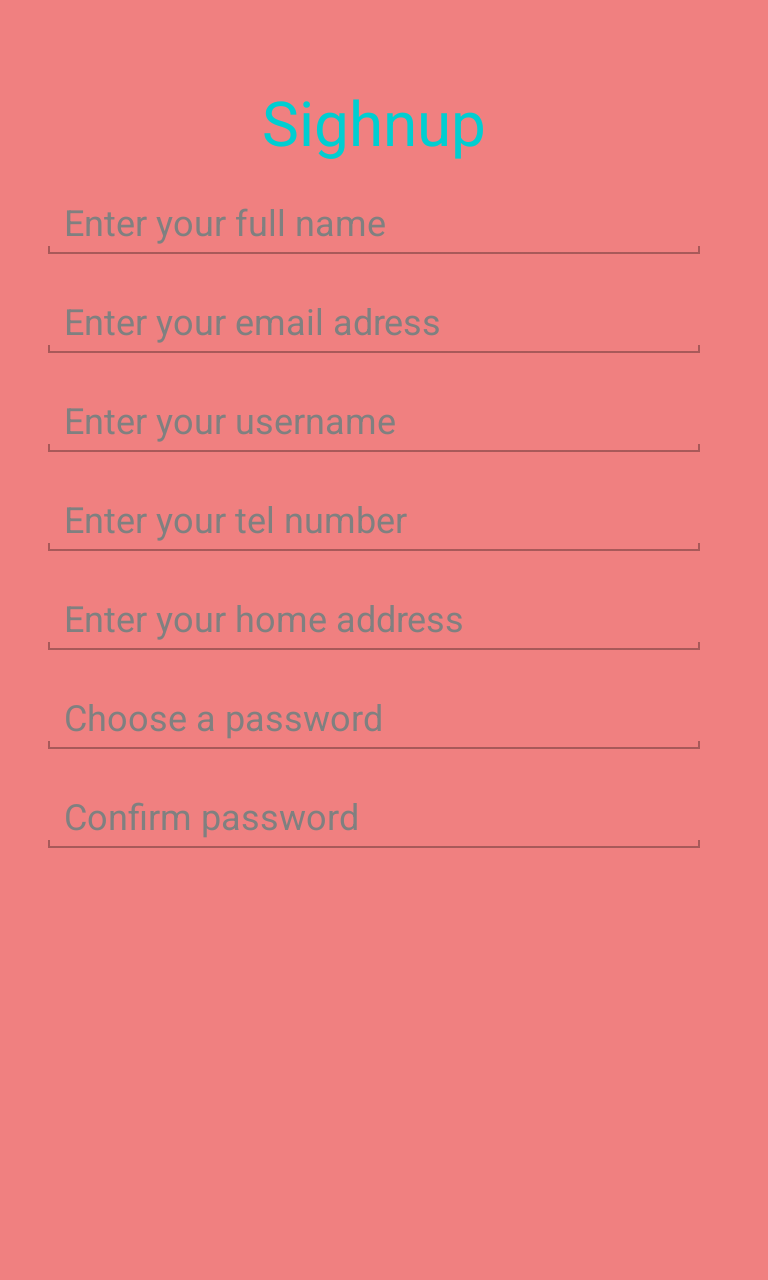
Repository: njiiriJohnii/Android-projects
Layout: MySimpleCalc/res/layout/joinus.xml
These files come from the project's save history. The layout is drawn as it stood at one moment and after the next save; the edit follows.
It is drawn on a 768 x 1280 px phone screen (xhdpi) without system bars, with theme AppTheme; the app's code is not run.

Above is the layout before, as saved 2014-05-30 11:57:38.

After the next save:
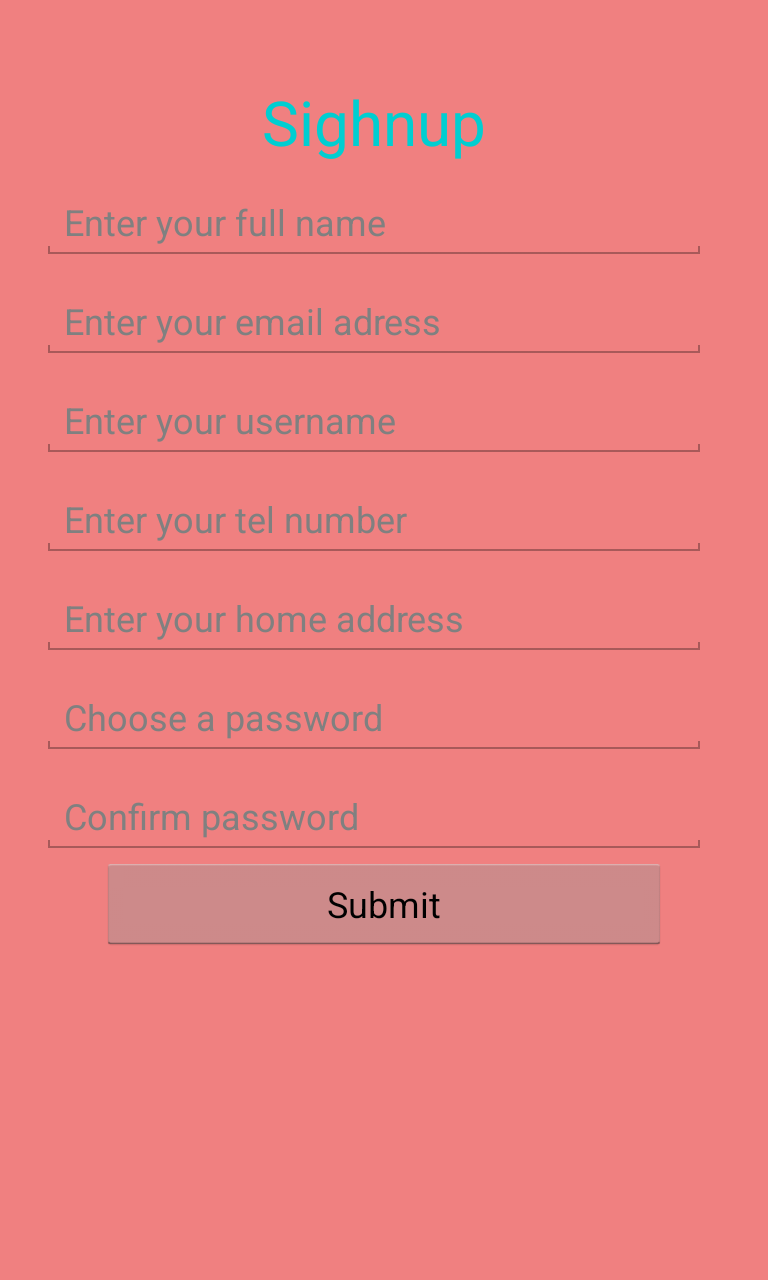
Saved 80 s later.
--- a/MySimpleCalc/res/layout/joinus.xml
+++ b/MySimpleCalc/res/layout/joinus.xml
@@ -93,7 +93,13 @@
     android:layout_marginRight="30dp"
     />
 <Button
+    android:layout_width="fill_parent"
+    android:layout_height="wrap_content"
     android:text="Submit"
+    android:layout_marginRight="50dp"
+    android:layout_marginLeft="50dp"
+    android:onClick="sub"
+
 
 
     />
